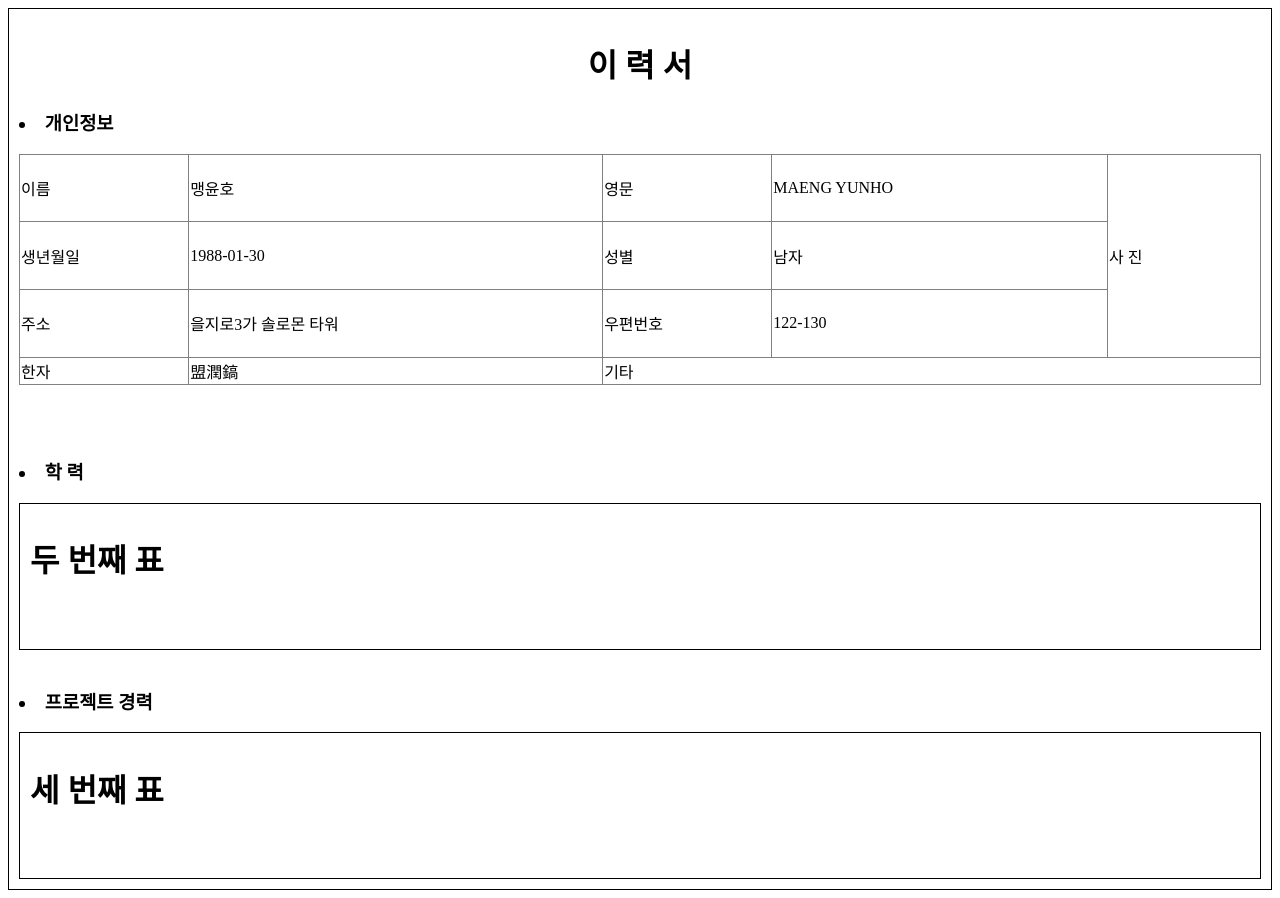
Repository: porivas/140630_Java
Page: http://localhost/web4_resume/resume.jsp
An editor plug-in stored every save of this project. The page is shown before and after the next save, followed by the edit.
The browser window is 1280 px wide. The pictures show the whole page.
The page is served by Tomcat 9.

Above is the page before, as saved 2014-09-25 06:15:09.

After the next save:
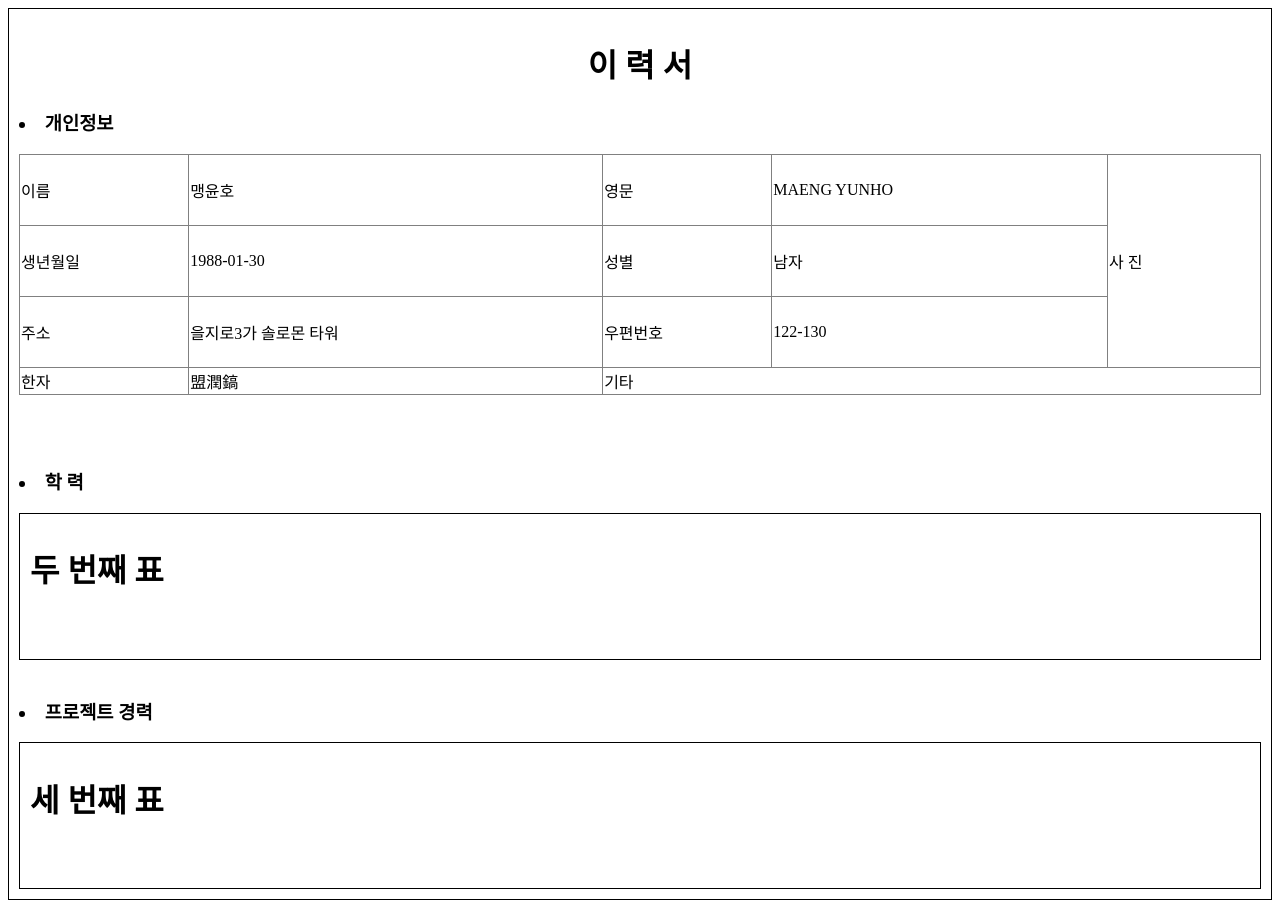
Saved 16 s later.
--- a/web4_resume/WebContent/resume.jsp
+++ b/web4_resume/WebContent/resume.jsp
@@ -19,7 +19,7 @@
 		</style>
 		<table border="1" margin="0" width=100%>
 			<tr align = "left">
-				<td> 이름 </td>	<td> 맹윤호 </td>	<td> 영문 </td>	<td> MAENG YUNHO </td>	<td rowspan=3 width=150 height=200> 사 진 </td>
+				<td> 이름 </td>	<td> 맹윤호 </td>	<td> 영문 </td>	<td> MAENG YUNHO </td>	<td rowspan=3 width=150 height=210> 사 진 </td>
 			</tr>
 			<tr>
 				<td> 생년월일 </td>	<td> 1988-01-30 </td>	<td> 성별 </td>	<td> 남자 </td>
